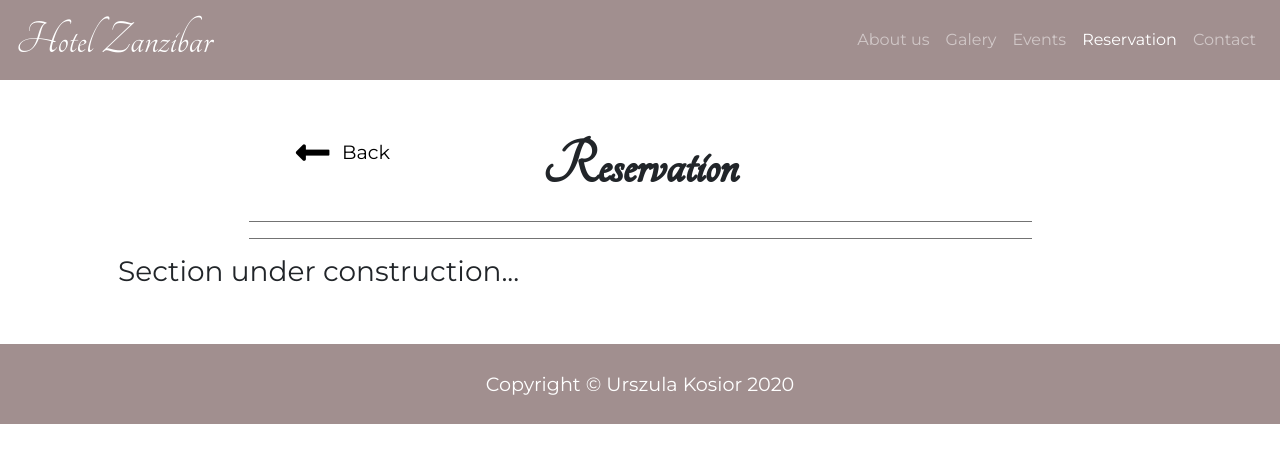
Repository: Ulaa93/Hotel-Zanzibar
Page: reservation.html
The author's editor kept a copy of each file at every save. The page is drawn from the files as they stood at one save, then again after a run of saves.
The browser window is 1280 px wide. The pictures show the whole page.

Above is the page before, as saved 2020-01-28 15:53:57.

After the next 3 saves:
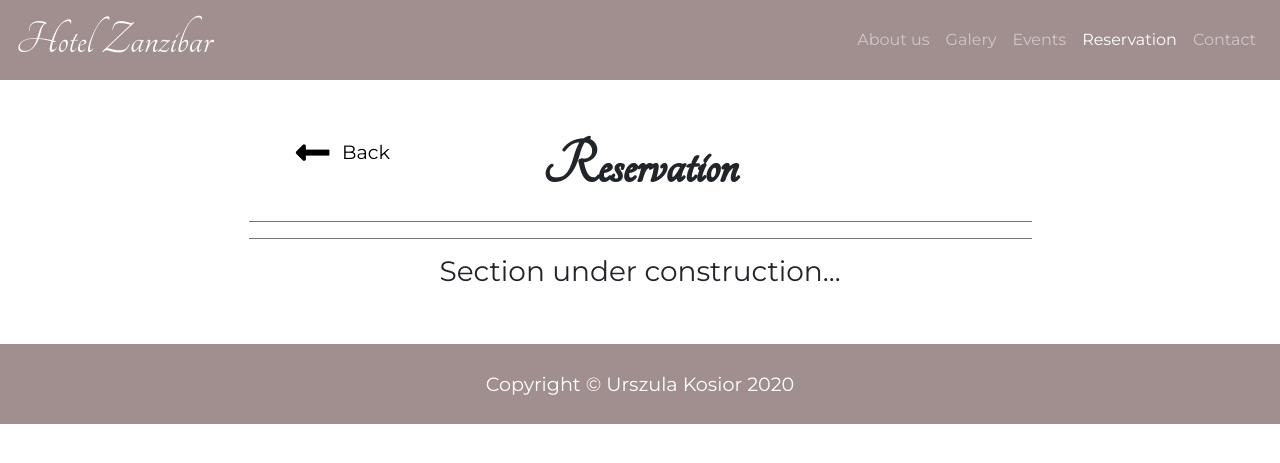
The 3 saves are shown as one change because they came seconds apart.
The last was saved 23 s later.
--- a/style.css
+++ b/style.css
@@ -53,6 +53,7 @@
   font-weight: 600;
   font-family: 'Tangerine', cursive;
 }
+h3{text-align: center;}
 section p {
   font-size: 1.2em;
   line-height: 2em;

After the save that followed:
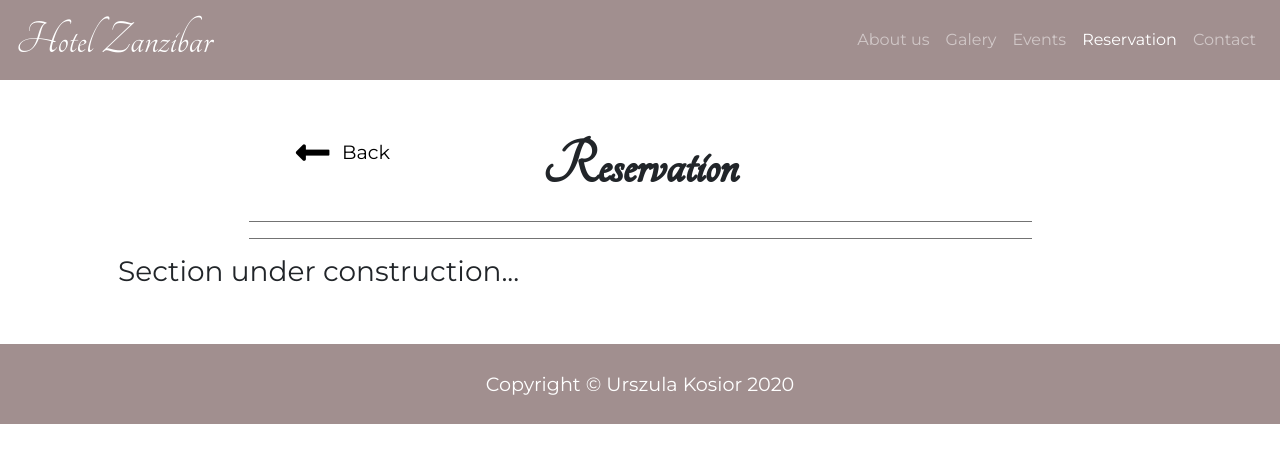
Saved 4 s later.
--- a/style.css
+++ b/style.css
@@ -53,7 +53,6 @@
   font-weight: 600;
   font-family: 'Tangerine', cursive;
 }
-h3{text-align: center;}
 section p {
   font-size: 1.2em;
   line-height: 2em;
